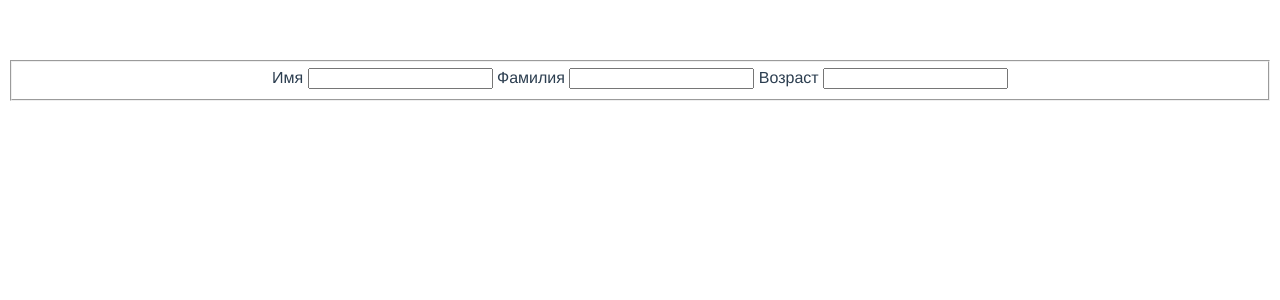
Repository: shum89/test-vue-table
Page: /
An editor plug-in stored every save of this project. The page is shown before and after the next save, followed by the edit.
The browser window is 1280 px wide. The pictures show the whole page.
The project was rebuilt for these pictures with package versions that can differ from the ones it lists, and the page was loaded fresh each time. Also part of the build but not shown: vue.config.js.

Above is the page before, as saved 2021-07-17 14:13:29.

### src/App.vue
<template>
  <form>
    <fieldset>
      <label for="firstName">
        Имя
        <input type="text" id="firstName" />
      </label>

      <label for="lastName">
        Фамилия
        <input type="text" id="lastName" />
      </label>

      <label for="age">
        Возраст
        <input type="number" id="age" />
      </label>
    </fieldset>
  </form>
</template>

<script>

export default {
  name: 'App',
  components: {

  },
};
</script>

<style>
#app {
  font-family: Avenir, Helvetica, Arial, sans-serif;
  -webkit-font-smoothing: antialiased;
  -moz-osx-font-smoothing: grayscale;
  text-align: center;
  color: #2c3e50;
  margin-top: 60px;
}
</style>

Loaded but not shown: public/index.html (common file); src/main.js (common file)

After the next save:
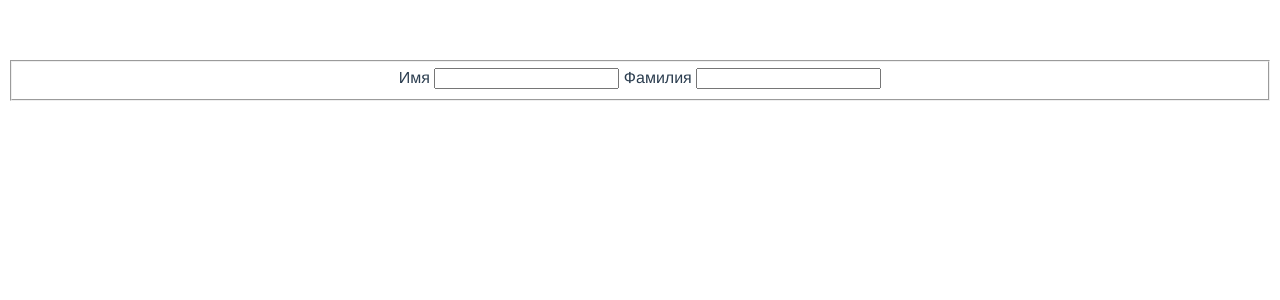
Saved 10 s later.
--- a/src/App.vue
+++ b/src/App.vue
@@ -9,11 +9,6 @@
       <label for="lastName">
         Фамилия
         <input type="text" id="lastName" />
-      </label>
-
-      <label for="age">
-        Возраст
-        <input type="number" id="age" />
       </label>
     </fieldset>
   </form>

After the save that followed:
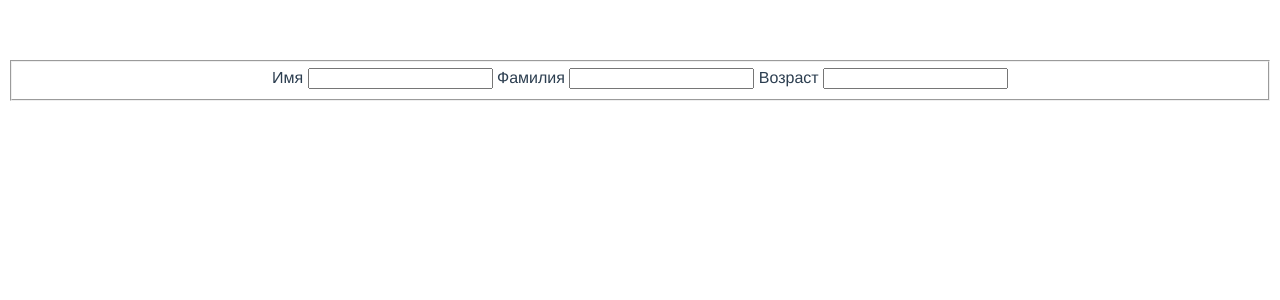
Saved 16 s later.
--- a/src/App.vue
+++ b/src/App.vue
@@ -9,6 +9,10 @@
       <label for="lastName">
         Фамилия
         <input type="text" id="lastName" />
+      </label>
+      <label for="age">
+        Возраст
+        <input type="number" id="age" />
       </label>
     </fieldset>
   </form>
